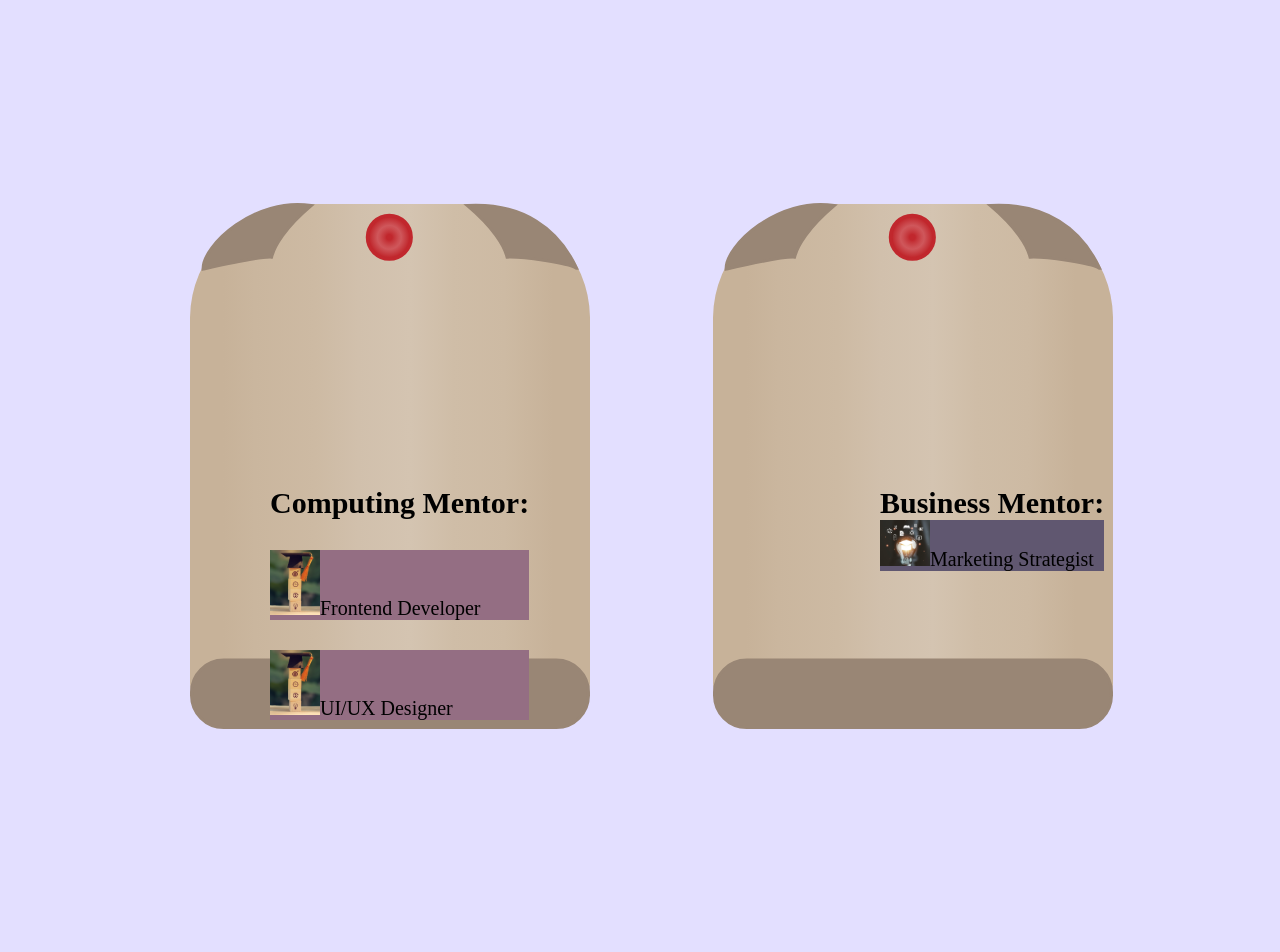
Repository: anikagrewal/week3example
Page: /about
These files come from the project's save history. The page is drawn as it stood at one moment and after the next save; the edit follows.
The browser window is 1280 px wide. The pictures show the whole page.
The project was rebuilt for these pictures with package versions that can differ from the ones it lists, and the page was loaded fresh each time. The framework's server and built-in components were replaced by stand-ins that run in the browser. Also part of the build but not shown: next.config.js.

Above is the page before, as saved 2023-01-23 14:20:09.

### pages/about.js
import Head from 'next/head'
import Image from 'next/image'
import { Inter } from '@next/font/google'
import styles from '@/styles/About.module.css'
import data from '../data/workplace.json'
import { useState } from 'react'
import CardEmployee from '../components/CardEmployee'

const inter = Inter({ subsets: ['latin'] })

console.log(data);
export default function About() {

    const [information, setInformation] = useState([...data])

    return (
        <>
        <Head>
        <title>About Page</title>
        <meta name="description" content="Generated by create next app" />
        <meta name="viewport" content="width=device-width, initial-scale=1" />
        <link rel="icon" href="/favicon.ico" />
      </Head>
      <main className={styles.main}>



        <div className={styles.grid}>
        <div className={styles.gridlayout}>
        <div>
          <div className={styles.comlay}>
        <h2 className={styles.busdeg}>Computing Mentor: </h2>
        {information && information.map((info, index) => {
          if(info.graduate === "computing") {
            return (
              <div key={index}>
                <CardEmployee role={info.role} colour="#946E83" font="20px"/>
              </div>
            )
          }


        })}
       </div>

<div className={styles.buslay}>
        <div>
        <h2 className={styles.busdeg}>Business Mentor: </h2>
        {information && information.map((info, index) => {
          if(info.graduate === "business") {
            return (
              <div key={index}>
                <CardEmployee role={info.role} colour="#605770" font="20px"/>
              </div>
            )
          }


})}
</div>
</div>
</div>

<div className={styles.scrolls}>
<Image
className={styles.scrollone}
width={400}
height={600}
src={'vector/mentor.svg'}
/>
<Image
className={styles.scrolltwo}
width={400}
height={600}
src={'vector/mentor.svg'}
/>
</div>
</div>
</div>
</main>
</>
    )
}

### styles/globals.css
:root {
  --max-width: 1100px;
  --border-radius: 12px;
  --font-mono: ui-monospace, Menlo, Monaco, 'Cascadia Mono', 'Segoe UI Mono',
    'Roboto Mono', 'Oxygen Mono', 'Ubuntu Monospace', 'Source Code Pro',
    'Fira Mono', 'Droid Sans Mono', 'Courier New', monospace;

  --foreground-rgb: #E3DFFF;
  --background-start-rgb: #E3DFFF;
  --background-end-rgb: #E3DFFF;
  --background-body-color: #E3DFFF;

  --primary-glow: conic-gradient(
    from 180deg at 50% 50%,
    #16abff33 0deg,
    #0885ff33 55deg,
    #54d6ff33 120deg,
    #0071ff33 160deg,
    transparent 360deg
  );
  --secondary-glow: radial-gradient(
    rgba(#E3DFFF, 1),
    rgba(#E3DFFF, 0)
  );

  --tile-start-rgb: 239, 245, 249;
  --tile-end-rgb: 228, 232, 233;
  --tile-border: conic-gradient(
    #00000080,
    #00000040,
    #00000030,
    #00000020,
    #00000010,
    #00000010,
    #00000080
  );

  --callout-rgb: #E3DFFF;
  --callout-border-rgb: 172, 175, 176;
  --card-rgb: 180, 185, 188;
  --card-border-rgb: 131, 134, 135;
}

@media (prefers-color-scheme: light) {
  :root {
    --foreground-rgb: #E3DFFF;
    --background-start-rgb: 0, 0, 0;
    --background-end-rgb: 0, 0, 0;

    --primary-glow: radial-gradient(rgba(1, 65, 255, 0.4), rgba(1, 65, 255, 0));
    --secondary-glow: linear-gradient(
      to bottom right,
      rgba(1, 65, 255, 0),
      rgba(1, 65, 255, 0),
      rgba(1, 65, 255, 0.3)
    );

    --tile-start-rgb: 2, 13, 46;
    --tile-end-rgb: 2, 5, 19;
    --tile-border: conic-gradient(
      #ffffff80,
      #ffffff40,
      #ffffff30,
      #ffffff20,
      #ffffff10,
      #ffffff10,
      #ffffff80
    );

    --callout-rgb: 20, 20, 20;
    --callout-border-rgb: 108, 108, 108;
    --card-rgb: 100, 100, 100;
    --card-border-rgb: 200, 200, 200;
  }
}

* {
  box-sizing: border-box;
  padding: 0;
  margin: 0;
}

html,
body {
  max-width: 100vw;
  overflow-x: hidden;
}

body {
  color: rgb(var(--foreground-rgb));
  background: linear-gradient(
      to bottom,
      transparent,
      rgb(var(--background-end-rgb))
    )
    rgb(var(--background-start-rgb));
}

a {
  color: inherit;
  text-decoration: none;
}

@media (prefers-color-scheme: dark) {
  html {
    color-scheme: light;
  }
}

### styles/About.module.css
.main {
    display: flex;
    flex-direction: column;
    justify-content: space-between;
    align-items: center;
    padding: 6rem;
    min-height: 100vh;
    background-color: var(--background-body-color);
  }

  .description {
    display: inherit;
    justify-content: inherit;
    align-items: inherit;
    font-size: 0.85rem;
    max-width: var(--max-width);
    width: 100%;
    z-index: 2;
    font-family: var(--font-mono);
  }

  .description a {
    display: flex;
    justify-content: center;
    align-items: center;
    gap: 0.5rem;
  }

  .description p {
    position: relative;
    margin: 0;
    padding: 1rem;
    background-color: rgba(var(--callout-rgb), 0.5);
    border: 1px solid rgba(var(--callout-border-rgb), 0.3);
    border-radius: var(--border-radius);
  }

  .code {
    font-weight: 700;
    font-family: var(--font-mono);
  }

  .grid {
    display: grid;
    grid-template-columns: (4, minmax(25%, auto));
    width: var(--max-width);
    max-width: 100%;
    justify-content: center;
  }

  .gridlayout {
    display: flex;
    flex-direction: column;
   gap: 70px;
  }

  .card {
    padding: 1rem 1.2rem;
    border-radius: var(--border-radius);
    background: rgba(var(--card-rgb), 0);
    border: 1px solid rgba(var(--card-border-rgb), 0);
    transition: background 200ms, border 200ms;
  }

  .card span {
    display: inline-block;
    transition: transform 200ms;
  }

  .card h2 {
    font-weight: 600;
    margin-bottom: 0.7rem;
  }

  .card p {
    margin: 0;
    opacity: 0.6;
    font-size: 0.9rem;
    line-height: 1.5;
    max-width: 30ch;
  }





  .busdeg {
    display: flex;
    justify-content: center;
  }

  .compdeg {
    display: flex;
    justify-content: center;
  }

  .button {
    width: 150px;
    height: 50px;
    border-radius: 5px;
    font-size: 20px;
  }

  .comlay {
    margin-top: 390px;
  margin-left: 80px;
  position: absolute;
  z-index: 4;
  font-size: 20px;
  }

  .comlay {
    display: flex;
    flex-direction: column;
    gap: 30px;
  }

  .buslay {
    margin-top: 390px;
  margin-left: 690px;
  position: absolute;
  z-index: 4;
  font-size: 20px;
  }

 .scrolls {
  display: flex;
  justify-content: center;
  flex-direction: row;
  gap: 100px;
 }

  .scrollone {
    display: flex;
    justify-content: center;
    align-items: center;
    position: relative;
    z-index: 1;
    margin-left: 2.5%;
    margin-bottom: 10%;

  }

  .scrolltwo {
    display: flex;
    justify-content: center;
    align-items: center;
    position: relative;
    z-index: 1;
    margin-left: 2.5%;
    margin-bottom: 10%;

  }

  /* Conic Gradient Animation */
  .thirteen::before {
    animation: 6s rotate linear infinite;
    width: 200%;
    height: 200%;
    background: var(--tile-border);
  }

  /* Inner Square */
  .thirteen::after {
    inset: 0;
    padding: 1px;
    border-radius: var(--border-radius);
    background: linear-gradient(
      to bottom right,
      rgba(var(--tile-start-rgb), 1),
      rgba(var(--tile-end-rgb), 1)
    );
    background-clip: content-box;
  }

  /* Enable hover only on non-touch devices */
  @media (hover: hover) and (pointer: fine) {
    .card:hover {
      background: rgba(var(--card-rgb), 0.1);
      border: 1px solid rgba(var(--card-border-rgb), 0.15);
    }

    .card:hover span {
      transform: translateX(4px);
    }
  }

  @media (prefers-reduced-motion) {
    .thirteen::before {
      animation: none;
    }

    .card:hover span {
      transform: none;
    }
  }

  /* Mobile */
  @media (max-width: 700px) {
    .content {
      padding: 4rem;
    }

    .grid {
      grid-template-columns: 1fr;
      margin-bottom: 120px;
      max-width: 320px;
      text-align: center;
    }

    .card {
      padding: 1rem 2.5rem;
    }

    .card h2 {
      margin-bottom: 0.5rem;
    }

    .center {
      padding: 8rem 0 6rem;
    }

    .center::before {
      transform: none;
      height: 300px;
    }

    .description {
      font-size: 0.8rem;
    }

    .description a {
      padding: 1rem;
    }

    .description p,
    .description div {
      display: flex;
      justify-content: center;
      position: fixed;
      width: 100%;
    }

    .description p {
      align-items: center;
      inset: 0 0 auto;
      padding: 2rem 1rem 1.4rem;
      border-radius: 0;
      border: none;
      border-bottom: 1px solid rgba(var(--callout-border-rgb), 0.25);
      background: linear-gradient(
        to bottom,
        rgba(var(--background-start-rgb), 1),
        rgba(var(--callout-rgb), 0.5)
      );
      background-clip: padding-box;
      backdrop-filter: blur(24px);
    }

    .description div {
      align-items: flex-end;
      pointer-events: none;
      inset: auto 0 0;
      padding: 2rem;
      height: 200px;
      background: linear-gradient(
        to bottom,
        transparent 0%,
        rgb(var(--background-end-rgb)) 40%
      );
      z-index: 1;
    }
  }

  /* Tablet and Smaller Desktop */
  @media (min-width: 701px) and (max-width: 1120px) {
    .grid {
      grid-template-columns: repeat(2, 50%);
    }
  }

  @media (prefers-color-scheme: dark) {
    .vercelLogo {
      filter: invert(1);
    }

    .logo,
    .thirteen img {
      filter: invert(1) drop-shadow(0 0 0.3rem #ffffff70);
    }
  }

  @keyframes rotate {
    from {
      transform: rotate(360deg);
    }
    to {
      transform: rotate(0deg);
    }
  }

### data/workplace.json
[
    {
    "employeeNumber": "E2345",
    "firstName": "Joe",
    "role": "Frontend Developer",
    "position": "Junior",
    "graduate": "computing",
    "startDate": 2021
},
{
    "employeeNumber": "E6789",
    "firstName": "Alice",
    "role": "UI/UX Designer",
    "position": "Junior",
    "graduate": "computing",
    "startDate": 2020
},
{
    "employeeNumber": "E1011",
    "firstName": "Jane",
    "role": "Marketing Strategist",
    "position": "Junior",
    "graduate": "business",
    "startDate": 2022
}
]

### components/CardEmployee/index.js
export default function CardEmployee({
    role = "none",
    colour = "purple",
    font = "0",
    image = "icon/business.png"
}) {
    return(
        <div style={{backgroundColor: colour, fontSize:font}}>
            {
                colour === "#946E83" ? <img src={'icon/business.jpeg'} width="50"/> :
                colour === "#605770" ? <img src={'icon/computing.jpeg'} width="50"/>:
                                     <img src={image} width="50"/>
            }
            {role}
        </div>
    )
}

Loaded but not shown: pages/_app.js (common file); pages/_document.js (common file)

After the next save:
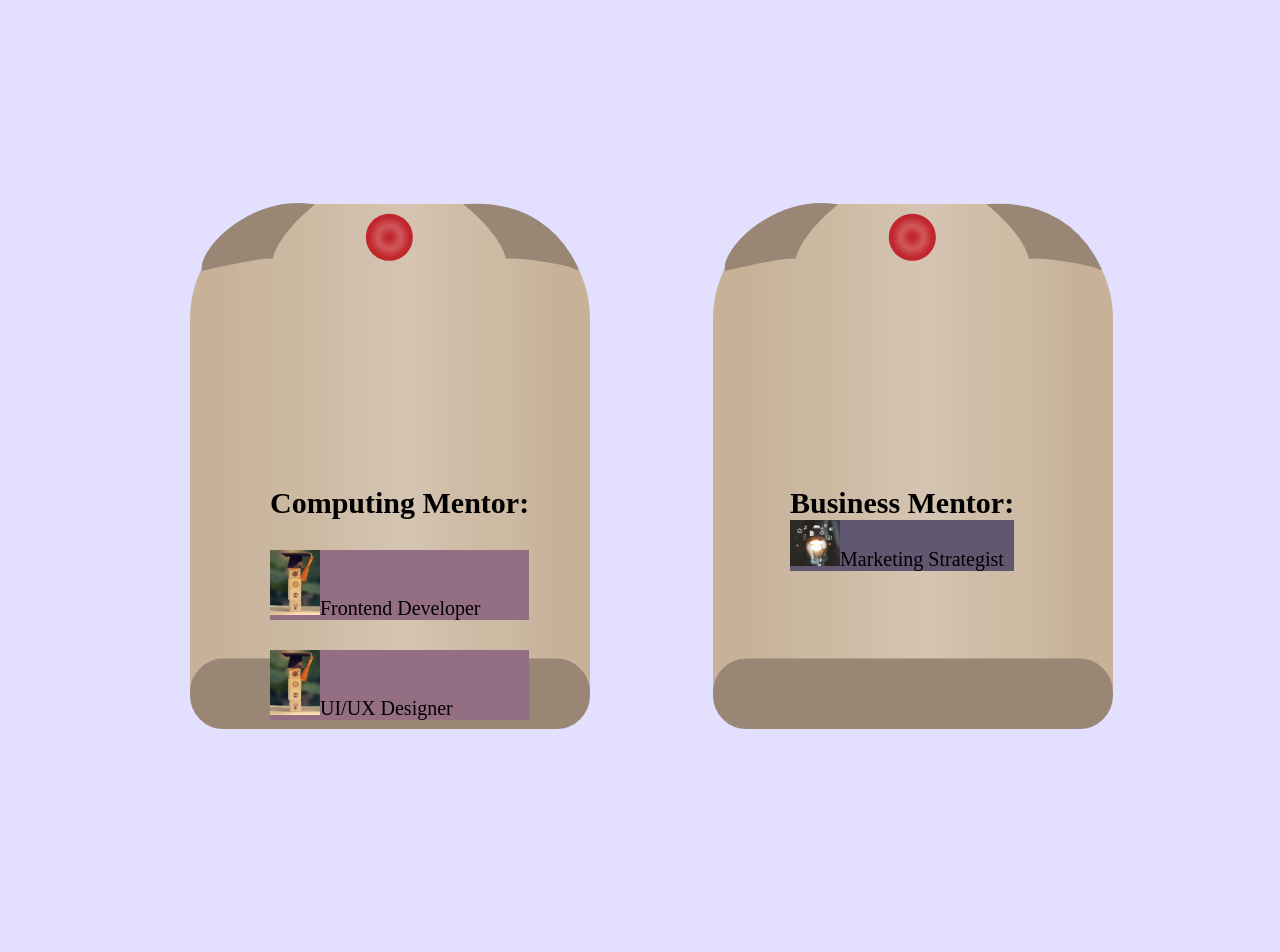
Saved 7 s later.
--- a/styles/About.module.css
+++ b/styles/About.module.css
@@ -117,7 +117,7 @@
 
   .buslay {
     margin-top: 390px;
-  margin-left: 690px;
+  margin-left: 600px;
   position: absolute;
   z-index: 4;
   font-size: 20px;
